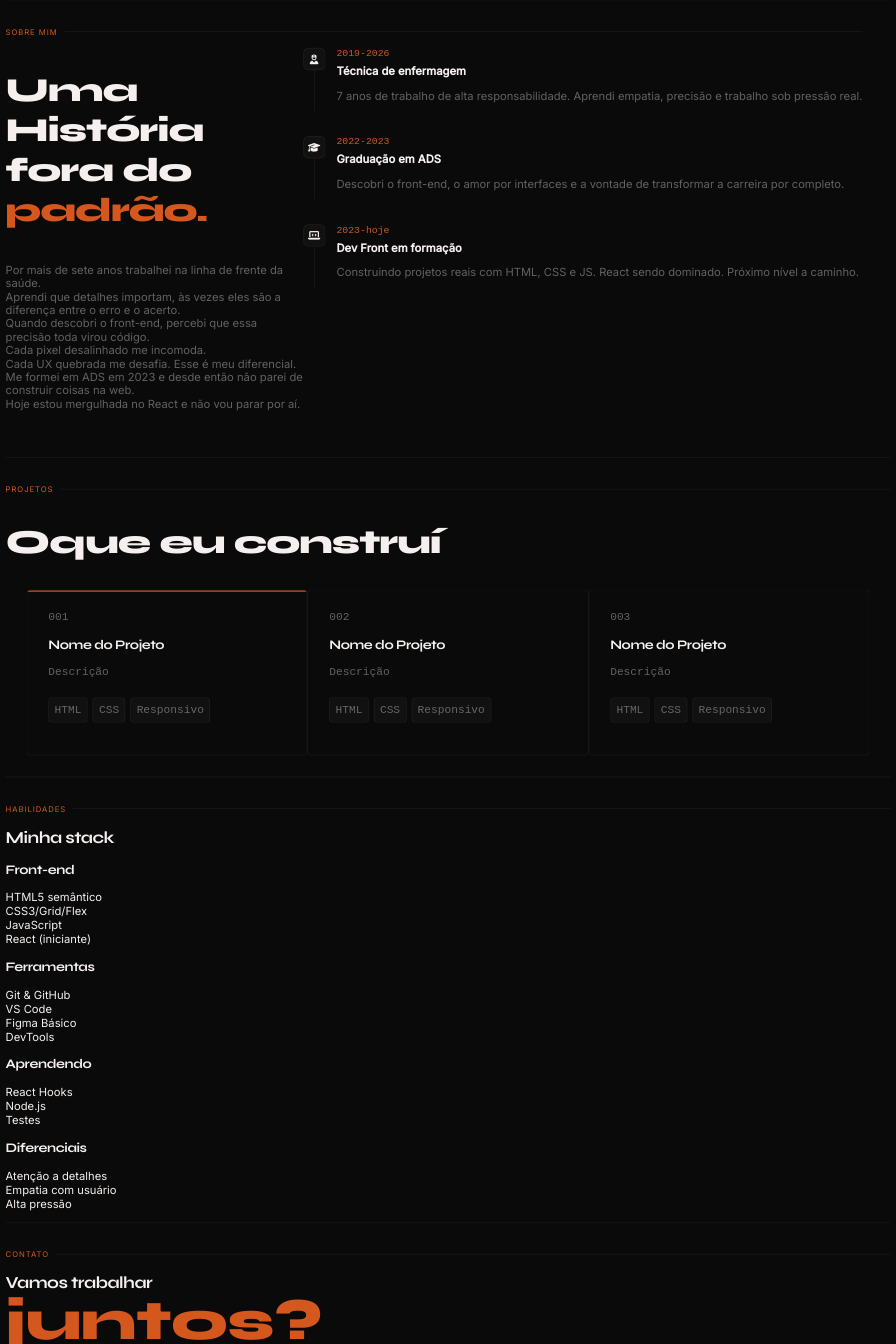
Repository: Bitroia/Portifolio
Page: index.html
These files come from the project's save history. The page is drawn as it stood at one moment and after a run of saves; the edit follows.
The browser window is 1280 px wide. The pictures show the part of the page from y = 816 to 2736 px (the page is 2908 px tall), at 70% of full size.
The pointer rests on the first visible `.project-card`.
Some web fonts or font styles are not loaded; a fallback is used.

Above is the page before, as saved 2026-04-29 23:30:31.

After the next 4 saves:
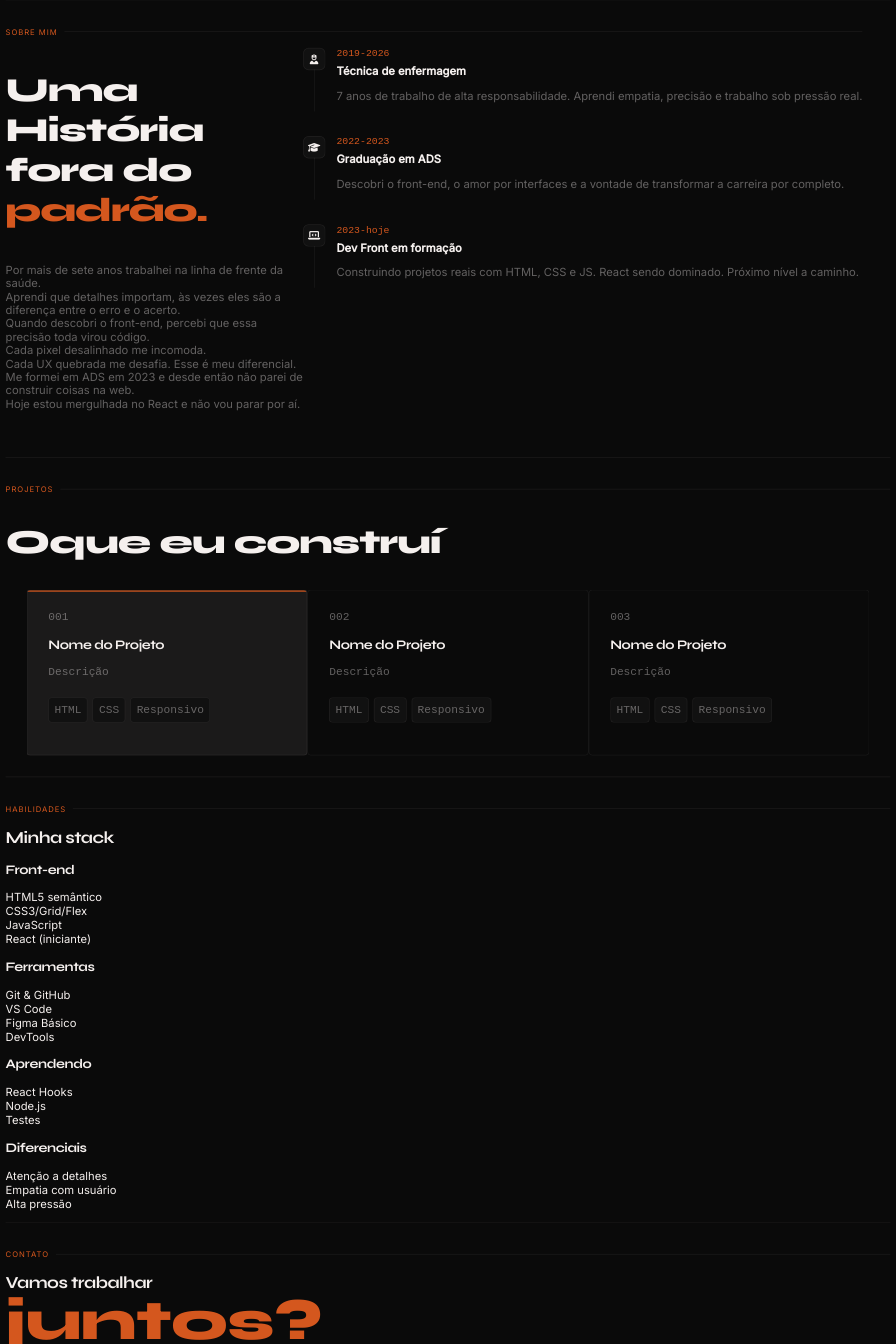
The 4 saves are shown as one change because they came seconds apart.
The last was saved 9 s later.
--- a/styles/style.css
+++ b/styles/style.css
@@ -420,11 +420,10 @@ header {
   transition: transform 0.3s ease;
 }
 
-.project-card:hover::before {
-  transform: scaleX(1);
-}
+.project-card:hover{
 
 background-color: var(--border);
+}
 
 .project-card:hover::before {
   transform: scaleX(1);
